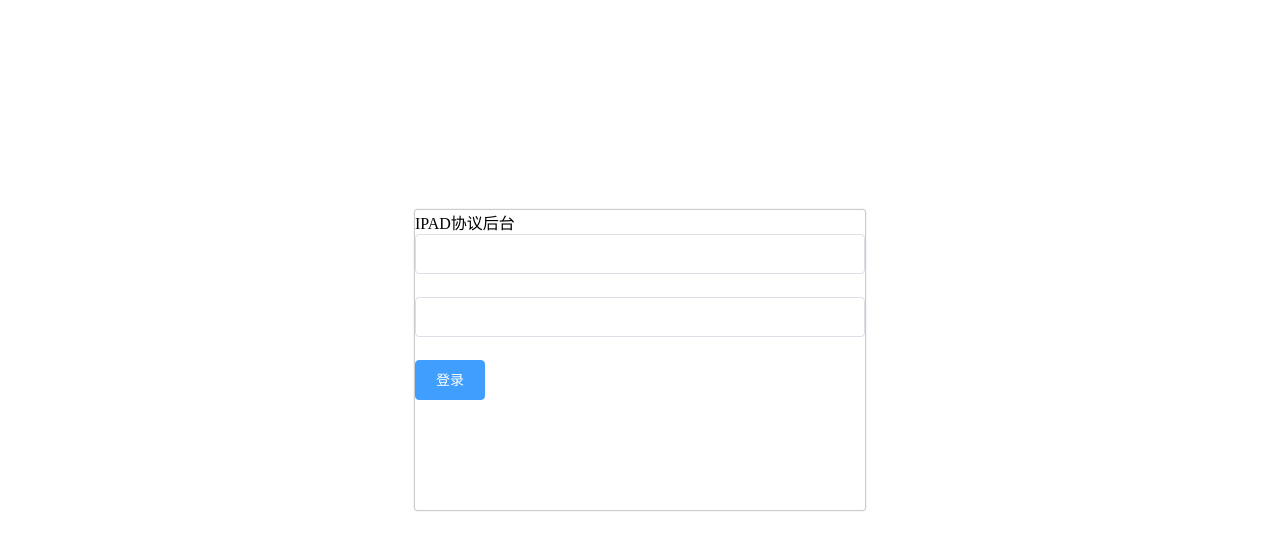
Repository: Iamanuan/ipad_admin
Page: /
These files come from the project's save history. The page is drawn as it stood at one moment and after the next save; the edit follows.
The browser window is 1280 px wide. The pictures show the whole page.
The project was rebuilt for these pictures with package versions that can differ from the ones it lists, and the page was loaded fresh each time. Also part of the build but not shown: vue.config.js.

Above is the page before, as saved 2020-05-07 13:38:16.

### src/main.js
import Vue from 'vue'
import App from './App.vue'
import router from './router'
import './plugins/element.js'

//

Vue.config.productionTip = false

new Vue({
  router,
  render: h => h(App)
}).$mount('#app')

### src/router/index.js
import Vue from 'vue'
import VueRouter from 'vue-router'

Vue.use(VueRouter)

const Login = () => import('../components/Login.vue')
const Home = () => import('../views/Home.vue')

const routes = [
  {
    path: '/',
    redirect: '/login'
  },
  {
    path: '/login',
    component: Login
  },
  {
    path: '/home',
    component: Home
  }
]

const router = new VueRouter({
  routes
})

export default router

### src/components/Login.vue
<template>
  <div class="login_container">
    <div class="login_box">
      <!-- 管理后台名称区域 -->
      <div class="login_title">IPAD协议后台</div>
      <!-- 登录表单区域 -->
      <el-form label-width="0px" class="login_form">
        <el-form-item>
          <el-input></el-input>
        </el-form-item>
        <el-form-item>
          <el-input></el-input>
        </el-form-item>
        <el-button type="primary">登录</el-button>
      </el-form>
    </div>
  </div>
</template>

<script>
export default {
  name: 'login'
}
</script>

<style lang='less' scoped>
.login_container {
  background-color: #2b4b6b;
  height: 100%;
}

.login_box {
  width: 450px;
  height: 300px;
  background-color: #ffffff;
  border-radius: 3px;
  position: absolute;
  top: 50%;
  left: 50%;
  transform: translate(-50%, -50%);
  box-shadow: 0 0 2px #dddddd;
  border: 1px solid #cccccc;

  .login_title{

  }
}

.login_form{

}
</style>

Loaded but not shown: public/index.html (common file); src/App.vue (common file); src/plugins/element.js (common file)

After the next save:
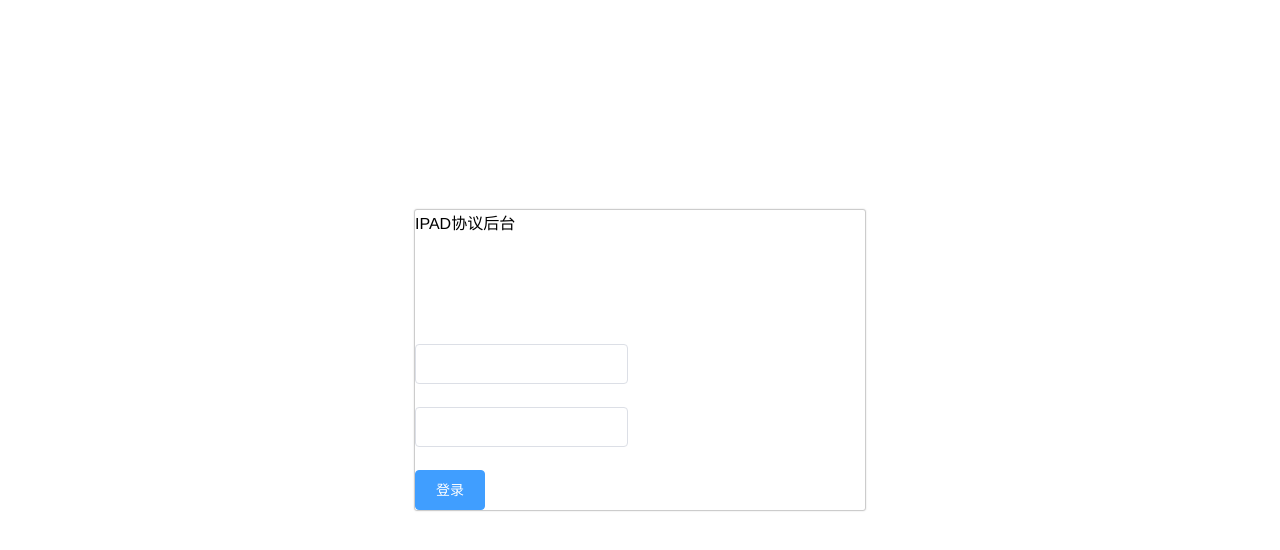
Saved 74 s later.
--- a/src/components/Login.vue
+++ b/src/components/Login.vue
@@ -42,11 +42,12 @@ export default {
   border: 1px solid #cccccc;
 
   .login_title{
-
+    font-family: "Helvetica Neue",Helvetica,"PingFang SC","Hiragino Sans GB","Microsoft YaHei","微软雅黑",Arial,sans-serif;
   }
 }
 
 .login_form{
-
+  position: absolute;
+  bottom: 0;
 }
 </style>
